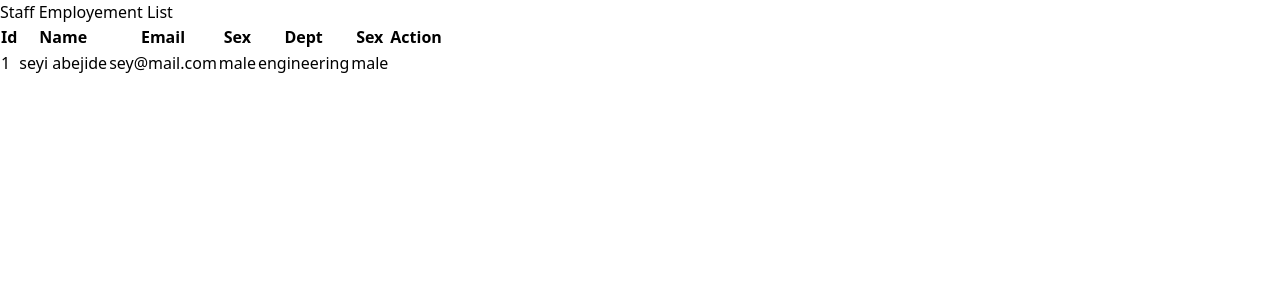
Repository: Semanmernstack/crud
Page: /
An editor plug-in stored every save of this project. The page is shown before and after the next save, followed by the edit.
The browser window is 1280 px wide. The pictures show the whole page.
The project was rebuilt for these pictures with package versions that can differ from the ones it lists, and the page was loaded fresh each time. Also part of the build but not shown: src/Details.js, src/Create.js, src/Edit.js.

Above is the page before, as saved 2022-12-23 02:45:25.

After the next save:
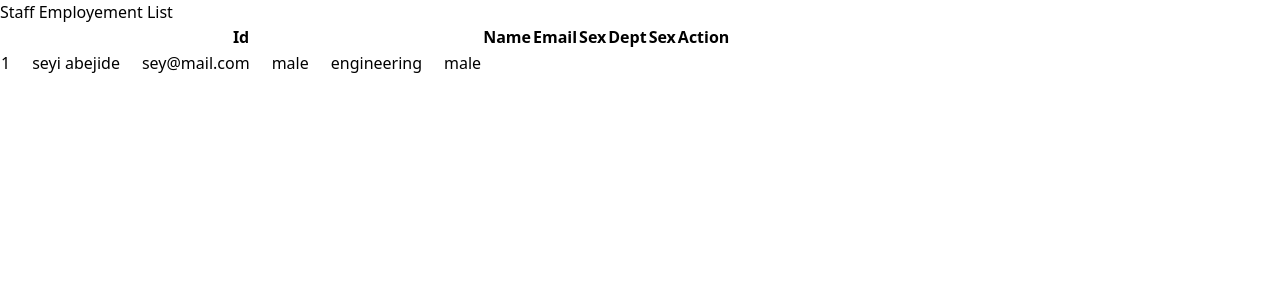
Saved 8 s later.
--- a/src/List.js
+++ b/src/List.js
@@ -20,7 +20,7 @@
             </thead>
 
             <tbody>
-            <tr className="gap-5">
+            <tr className="gap-5 flex">
                 <td>1</td>
                 <td>seyi abejide</td>
                 <td>sey@mail.com</td>

After the save that followed:
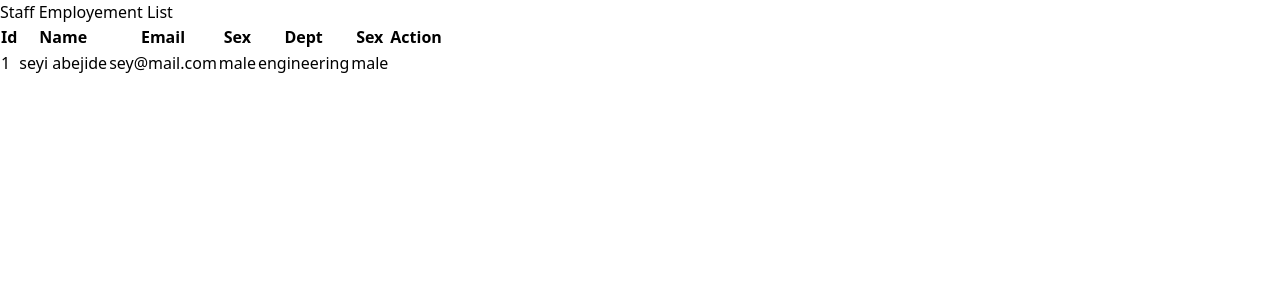
Saved 11 s later.
--- a/src/List.js
+++ b/src/List.js
@@ -20,7 +20,7 @@
             </thead>
 
             <tbody>
-            <tr className="gap-5 flex">
+            <tr className="gap-5 ">
                 <td>1</td>
                 <td>seyi abejide</td>
                 <td>sey@mail.com</td>
